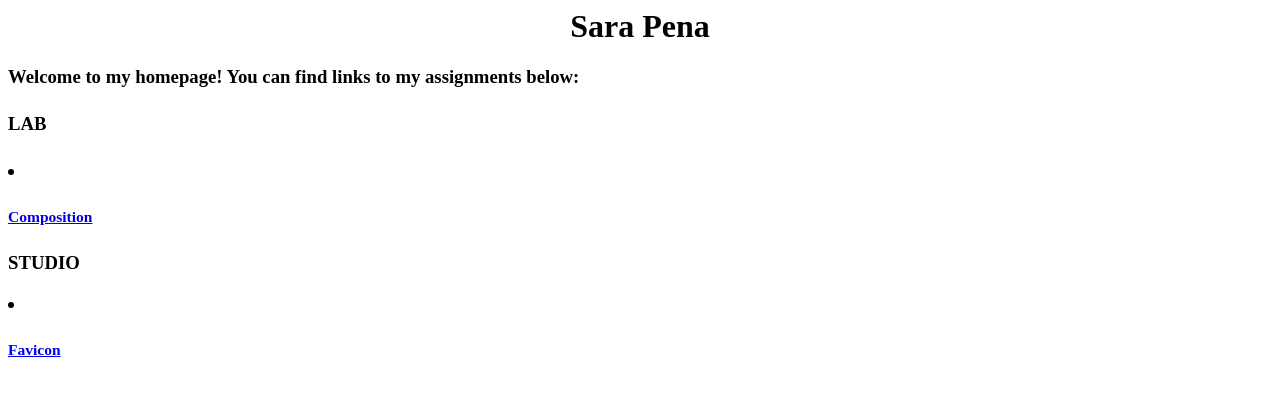
Repository: penas326/penas326.github.io
Page: index.html
The author's editor kept a record of every edit. The page is drawn from the files as they stood at one moment, then again after the next edit.
The browser window is 1280 px wide. The pictures show the whole page.

Above is the page before.

### index.html
  <html>

    <head>
        <title>Sara Pena</title>
    </head>
           <h><h1 align="center"><font face="Futura">Sara Pena</h1>
    <body>
        <p><strong><h3><font face="Futura">Welcome to my homepage! You can find links to my assignments below:</p>
        <p><strong><h4>LAB</h4></strong></p>
        <li><h5><a href="composition/index.html">Composition</a></h5></li>
        <p>STUDIO</p>
        <li><h5><a href="favicon/favicon.gif">Favicon</a></h5></li>

</html>

After the next edit:
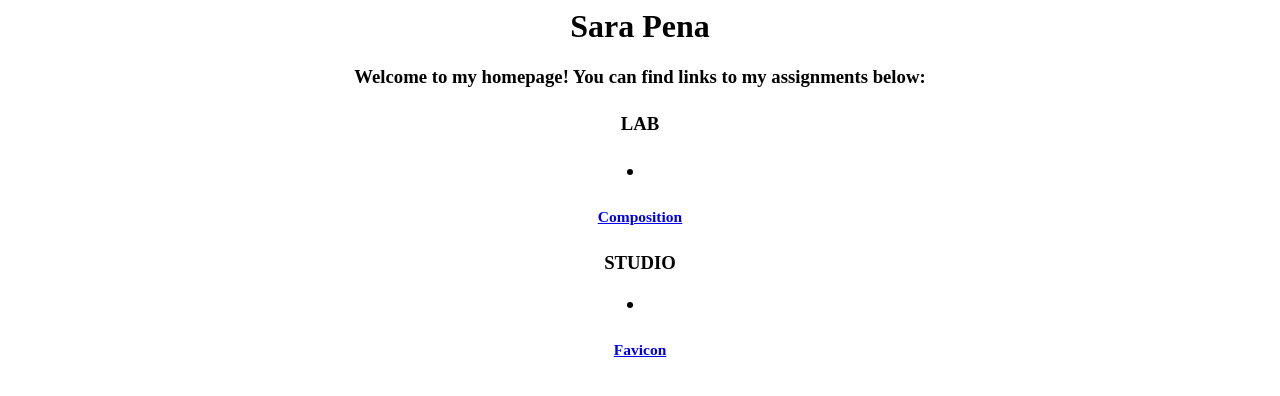
The edit:
--- a/index.html
+++ b/index.html
@@ -3,10 +3,10 @@
     <head>
         <title>Sara Pena</title>
     </head>
-           <h><h1 align="center"><font face="Futura">Sara Pena</h1>
+        <h1 align="center"><font face="Futura">Sara Pena</h1>
     <body>
-        <p><strong><h3><font face="Futura">Welcome to my homepage! You can find links to my assignments below:</p>
-        <p><strong><h4>LAB</h4></strong></p>
+        <p><strong><h3 align="center"><font face="Futura">Welcome to my homepage! You can find links to my assignments below:</p>
+        <p><strong><h4>LAB</h4></strong>
         <li><h5><a href="composition/index.html">Composition</a></h5></li>
         <p>STUDIO</p>
         <li><h5><a href="favicon/favicon.gif">Favicon</a></h5></li>
